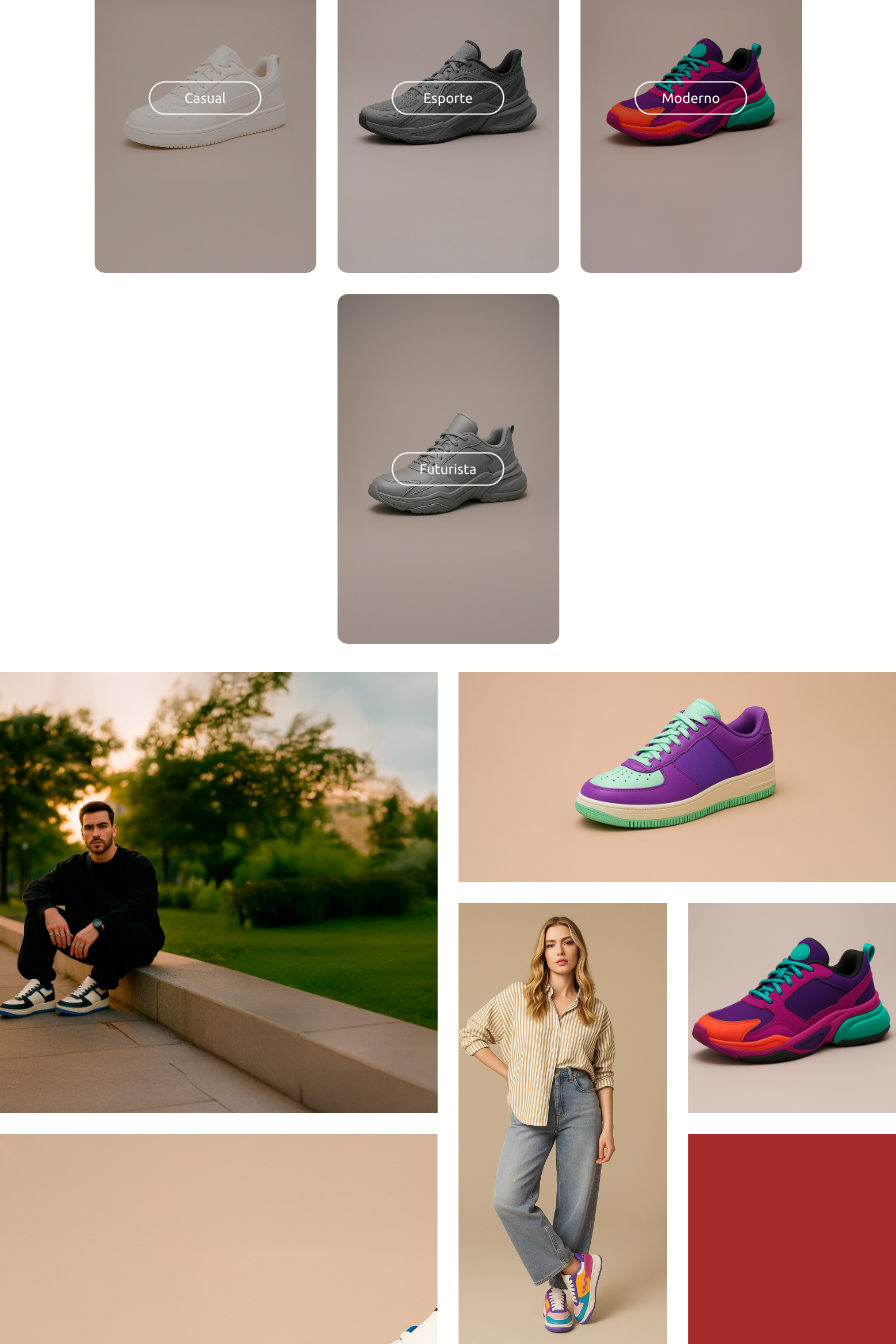
Repository: caique2512/ecommerce-syntaxwear
Page: index.html
The author's editor kept a copy of each file at every save. The page is drawn from the files as they stood at one save, then again after a run of saves.
The browser window is 1280 px wide. The pictures show the part of the page from y = 690 to 2610 px (the page is 2610 px tall), at 70% of full size.

Above is the page before, as saved 2026-02-20 18:44:55.

### index.html
<!doctype html>
<html lang="pt-BR">
  <head>
    <meta charset="UTF-8" />
    <meta name="viewport" content="width=device-width, initial-scale=1.0" />
    <meta name="description" content="SyntaxWear - Loja de tênis online" />
    <title>SyntaxWear - Tênis e Sneakers Online</title>
    <meta
      name="description"
      content="Compre os melhores tênis e sneakers online na SyntaxWear. Encontre modelos exclusivos, ofertas imperdíveis e frete grátis para todo o Brasil."
    />

    <link rel="stylesheet" href="./css/base/reset.css" />
    <link rel="stylesheet" href="./css/base/style.css" />
    <link rel="stylesheet" href="./css/base/variables.css" />

    <link rel="stylesheet" href="./css/components/header.css" />
    <link rel="stylesheet" href="./css/components/hero.css" />
    <link rel="stylesheet" href="./css/components/product-category.css" />
    <link rel="stylesheet" href="./css/components/product-grid.css" />
  </head>
  <body>
    <!-- Header com Logo e Navegação -->
    <header class="header">
      <h1 class="logo">
        <a href="/" title="SyntaxWear - Tênis e Sneakers Online">
          <img
            src="./images/logo/logo.svg"
            alt="SyntaxWear - Tênis e Sneakers Online"
          />
        </a>
      </h1>
      <nav class="nav-center" aria-label="Categorias Principais">
        <ul>
          <li><a href="#">Masculino</a></li>
          <li><a href="#">Feminino</a></li>
          <li><a href="#">Outlet</a></li>
        </ul>
      </nav>

      <nav class="nav-right" aria-label="Menu Secundário">
        <ul>
          <li><a href="#">Nossas lojas</a></li>
          <li><a href="#">Sobre</a></li>
          <li>
            <a href="#" aria-label="Minha conta">
              <img src="./images/icons/user.svg" alt="Minha conta" />
            </a>
          </li>
          <li>
            <a href="#" aria-label="Ajuda">
              <img src="./images/icons/help.svg" alt="Ajuda" />
            </a>
          </li>
          <li>
            <a href="#" aria-label="Carrinho">
              <img src="./images/icons/bag.svg" alt="Carrinho" />
            </a>
          </li>
        </ul>
      </nav>
    </header>
    <main>
      <section class="hero">
        <div class="hero-overlay">
          <div class="hero-content">
            <span class="hero-subtitle">Krypton One</span>
            <h2 class="hero-title">Tranforme qualquer passo em preseça.</h2>
            <div class="hero-buttons">
              <a class="btn btn-outiline" href="#">Ver modelos</a>
              <a class="btn btn-filled" href="#">Comprar</a>
            </div>
          </div>
        </div>
      </section>
      <!-- Seção de Categorias de Tênis -->
      <section class="categories-section">
        <div class="category-card casual">
          <a class="category-link" href="#">
            <span class="overlay"></span>
            <span class="category-name btn btn-outiline">Casual</span>
          </a>
        </div>
        <div class="category-card esporte">
          <a class="category-link" href="#">
            <span class="overlay"></span>
            <span class="category-name btn btn-outiline">Esporte</span>
          </a>
        </div>
        <div class="category-card moderno">
          <a class="category-link" href="#">
            <span class="overlay"></span>
            <span class="category-name btn btn-outiline">Moderno</span>
          </a>
        </div>
        <div class="category-card futurista">
          <a class="category-link" href="#">
            <span class="overlay"></span>
            <span class="category-name btn btn-outiline">Futurista</span>
          </a>
        </div>
      </section>
      <!-- Seção de Produtos em Destaque -->
      <section class="grid-section">
        <div class="card top1">
          <div class="top1-content">
            <h3 class="card-subtitle">Krypton One</h3>
            <p class="card-subtitle">Estilos Urbano com atitude</p>
            <div class="cta-group">
              <a href="#" class="btn btn-outiline">Feminino</a>
              <a href="#" class="btn btn-outiline">Masculino</a>
            </div>
          </div>
        </div>
        <div class="card top1"></div>
        <div class="card top2"></div>
        <div class="card midL"></div>
        <div class="card midR"></div>
        <div class="card bottomL"></div>
        <div class="card bottomR"></div>
      </section>
    </main>

    <!-- Footer -->
    <footer class="footer"></footer>

    <script src="js/main.js"></script>
  </body>
</html>

### css/base/reset.css
/* Reset baseado em Andy Bell - Modern CSS Reset */

/* Remove default margins e paddings */
*,
*::before,
*::after {
    margin: 0;
    padding: 0;
    box-sizing: border-box;
}

/* Remove default list styles */
ul[role="list"],
ol[role="list"] {
    list-style: none;
}

/* Body defaults */
body {
    min-height: 100vh;
    text-rendering: optimizeSpeed;
    line-height: 1.5;
}

/* Make images easier to work with */
img,
picture {
    max-width: 100%;
    display: block;
}

/* Inherit fonts for inputs and buttons */
input,
button,
textarea,
select {
    font: inherit;
}

/* Remove animations for people that prefer not to see them */
@media (prefers-reduced-motion: reduce) {
    *,
    *::before,
    *::after {
        animation-duration: 0.01ms !important;
        animation-iteration-count: 1 !important;
        transition-duration: 0.01ms !important;
        scroll-behavior: auto !important;
    }
}

/* A elements that don't have a class get default styles */
a:not([class]) {
    text-decoration-skip-ink: auto;
}

a {
    text-decoration: none;
}

ul,ol{
    list-style: none;
}
/* Remove all animations, transitions and smooth scroll for people that prefer not to see them */
@media (prefers-reduced-motion: reduce) {
    html:focus-within {
        scroll-behavior: auto;
    }

    *,
    *::before,
    *::after {
        animation-duration: 0.01ms !important;
        animation-iteration-count: 1 !important;
        transition-duration: 0.01ms !important;
    }
}

### css/base/style.css
body {
    font-family: var(--fonte-principal);
    color: #333333;
}

main {
    padding: 2.5rem 0 0;
    max-width: 1360px;
    margin: 0 auto;
}

.btn {
    font-size: 1.25rem;
    width: 161px;
    height: 48px;
    border-radius: 25px;
    text-decoration: none;
    color: white;
    font-weight: 400;
    padding: 10px 20px;
    transition: background-color 0.3s, border 0.3s;
}

.btn-outiline {
    background: transparent;
    border: 2px solid white;
    line-height: 23px;
}

.btn-filled {
    background-color: white;
    color: #6329A2;
}

.btn:hover {
    background-color: #6329A2;
    color: white;
    border: #6329A2;
}

### css/base/variables.css
@import url('https://fonts.googleapis.com/css2?family=Ubuntu:ital,wght@0,300;0,400;0,500;0,700;1,300;1,400;1,500;1,700&display=swap');

:root {
    --fonte-principal: 'Ubuntu', sans-serif;
}

### css/components/header.css
.header {
    position: fixed;
    top: 60px;
    left: 50%;
    transform: translate(-50%);
    width: calc(100% - 210px);
    border-radius: 15px;
    z-index: 999;
    display: flex;
    justify-content: space-between;
    align-items: center;
    padding: 0.255rem 1.25rem;
    background-color: white;
}

.logo img {
    height: 48px;
}

.nav-center ul {
    display: flex;
    gap: 2.5rem;
}

.nav-center a, .nav-right a {
    font-size: 1.25rem;
    color: #333333;
}

.nav-center a:hover, .nav-right a:hover {
    color: #7c3aed;
}

.nav-right ul {
    display: flex;
    gap: 2.5rem;
    align-items: center;
}

.nav-right img {
    height: 20px;
}

.nav-right a:hover img {
    opacity: 0.7;
}

### css/components/hero.css
.hero {
    background: url(../../images/banners/hero.jpg) no-repeat center;
    background-size: cover;
    height: 500px;
    position: relative;
    border-radius: 20px;
}

.hero-overlay {
    width: 100%;
    height: 100%;
    display: flex;
    align-items: center;
    justify-content: flex-end;
    padding: 0 6rem;
}

.hero-content {
    color: white;
    max-width: 355px;
    text-align: center;
}

.hero-buttons {
    display: flex;
    gap: 16px;
}

.hero-content .hero-title {
    font-size: 1.87rem;
    margin-bottom: 40px;
    font-weight: 400;
    line-height: 36px;
    letter-spacing: 3px;
}

.hero-content .hero-subtitle {
    font-size: 1.25rem;
    font-weight: 400;
}

### css/components/product-category.css
.categories-section {
    padding: 40px 0px 40px 0px;
    display: flex;
    flex-wrap: wrap;
    justify-content: center;
    gap: 30px;
}

.category-card {
    position: relative;
    width: 317px;
    height: 500px;
    border-radius: 15px;
    overflow: hidden;
}

.overlay {
    position: absolute;
    inset: 0;
    background-color: rgba(0, 0, 0, 0.25);
    z-index: 1;
}

.category-name {
    position: absolute;
    left: 50%;
    top: 50%;
    transform: translate(-50%, -50%);
    z-index: 2;
    font-size: 1.25rem;
    text-align: center;
}

.casual {
    background: url(../../images/products/tênis\ casual.jpg) no-repeat center;
    background-size: cover;
}

.esporte {
    background: url(../../images/products/twnia\ exportivo.jpg) no-repeat center;
    background-size: cover;
}

.moderno {
    background: url(../../images/products/tênis\ colorido.jpg) no-repeat center;
    background-size: cover;
}

.futurista {
    background: url(../../images/products/tênis\ futurista.jpg) no-repeat center;
    background-size: cover;
}

### css/components/product-grid.css
.top1 {
    grid-area: top1;
    background: url(../../images/products/modelo-homem.jpg) no-repeat center;
    background-size: cover;
}

.top2 {
    grid-area: top2;
    background: url(../../images/products/tênis-roxo-grid.jpg) no-repeat center;
    background-size: cover;
}

.midL {
    grid-area: midL;
    background: url(../../images/products/modelo\ feminino.jpg) no-repeat center;
    background-size: cover;
}

.midR {
    grid-area: midR;
    background: url(../../images/products/futurista-grid.jpg) no-repeat center;
    background-size: cover;
}

.bottomL {
    grid-area: bottomL;
    background: url(../../images/products/preto-azul-grid.jpg);
}

.bottomR {
    grid-area: bottomR;
    background-color: brown;
}

.grid-section {
    display: grid;
    grid-template-columns: repeat(4, 1fr);
    grid-template-rows: repeat(3, 300px);
    grid-template-areas:
    "top1 top1 top2 top2"
    "top1 top1 midL midR"
    "bottomL bottomL midL bottomR";
    gap: 30px;
}

### js/main.js
/* ===================================
   MAIN.JS - Inicializações globais
   =================================== */

console.log('SyntaxWear - E-commerce carregado com sucesso');

// Suas inicializações globais aqui
// Exemplo: inicializar menu, carrinho, etc.

After the next 5 saves:
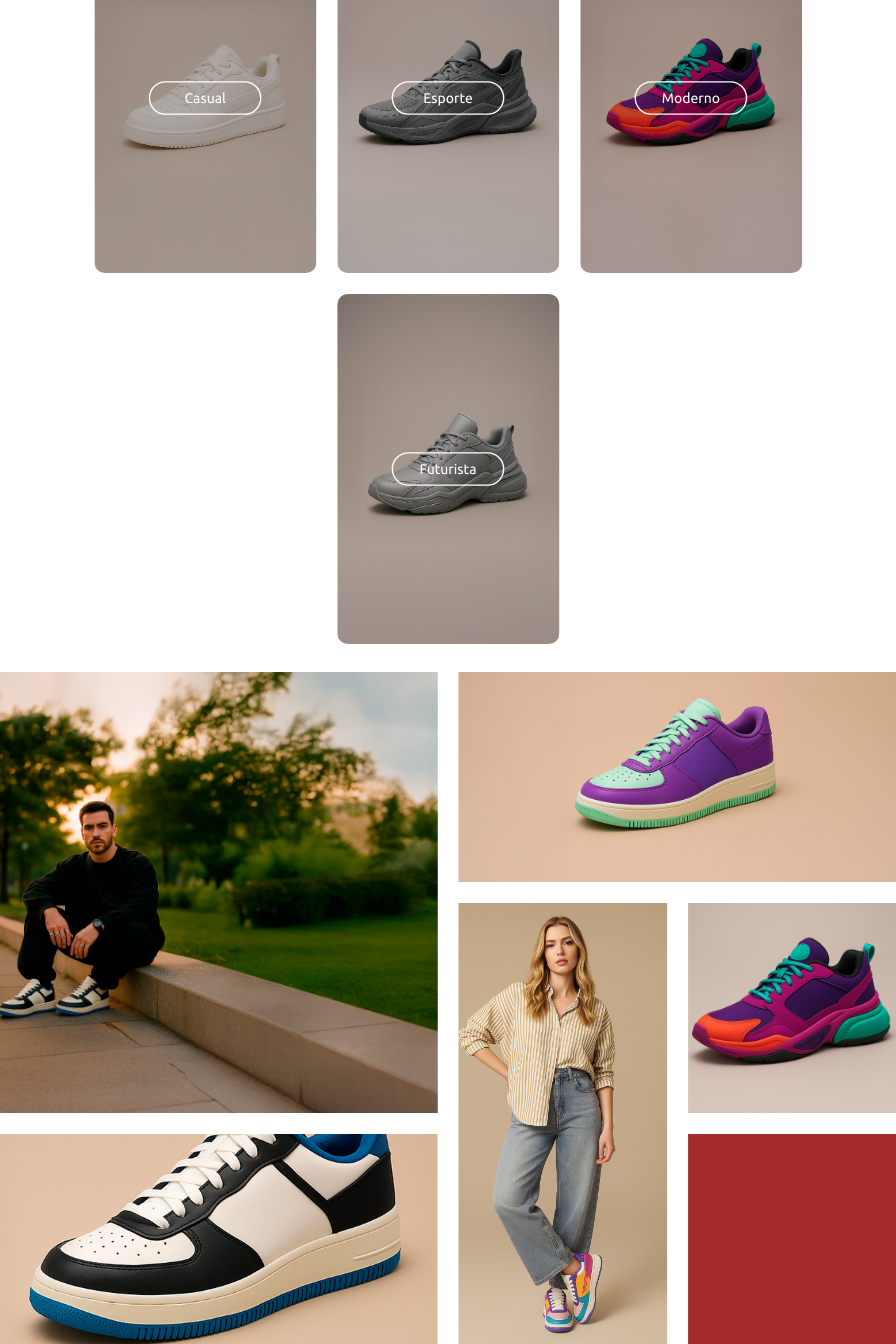
The 5 saves are shown as one change because they came seconds apart.
The last was saved 19 s later.
--- a/css/components/product-grid.css
+++ b/css/components/product-grid.css
@@ -24,7 +24,7 @@
 
 .bottomL {
     grid-area: bottomL;
-    background: url(../../images/products/preto-azul-grid.jpg);
+    background: url(../../images/products/preto-azul-grid.jpg) no-repeat center;
 }
 
 .bottomR {
